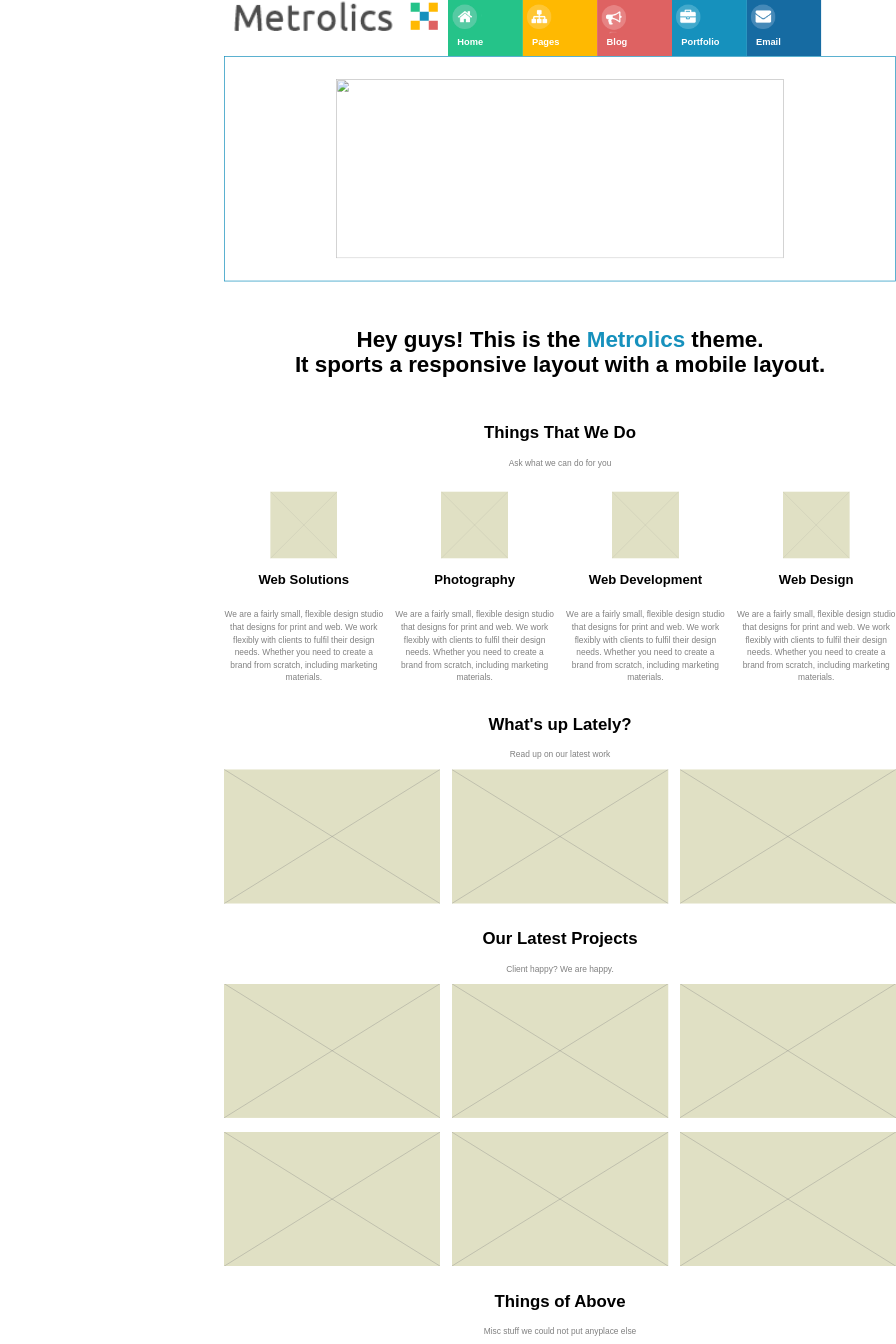
Repository: pjiang604/mdia2003-lab03b
Page: index.html
The author's editor kept a copy of each file at every save. The page is drawn from the files as they stood at one save, then again after the next save.
The browser window is 1280 px wide. The pictures show the part of the page from y = 0 to 1920 px (the page is 2722 px tall), at 70% of full size.

Above is the page before, as saved 2023-01-31 21:09:49.

After the next save:
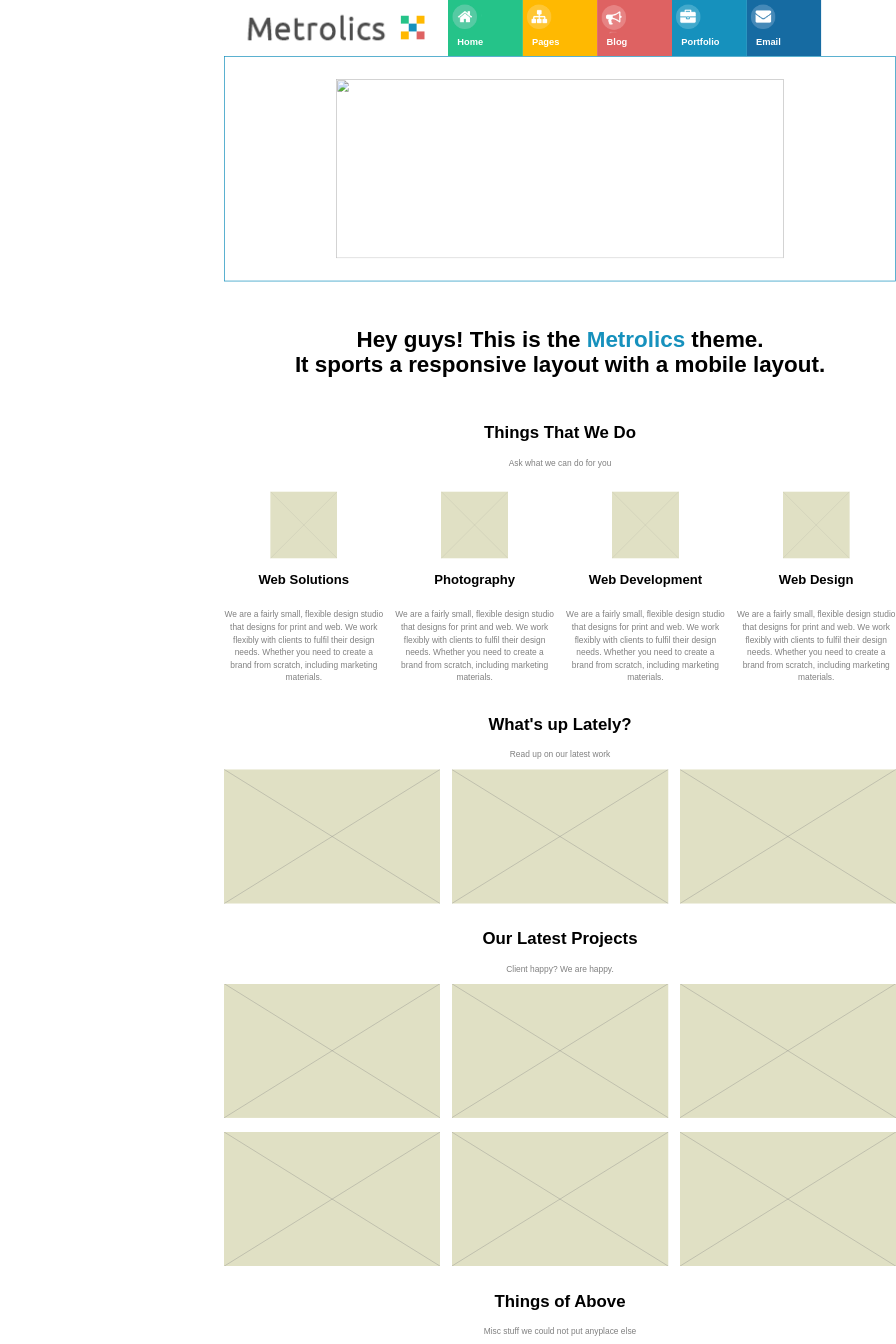
Saved 20 s later.
--- a/style.css
+++ b/style.css
@@ -95,8 +95,8 @@ nav h5 {
 }
 
 .logo {
-    width: 100%;
-    height: 3em;
+    width: 80%;
+    height: 5em;
     object-fit: cover;
 }
 
